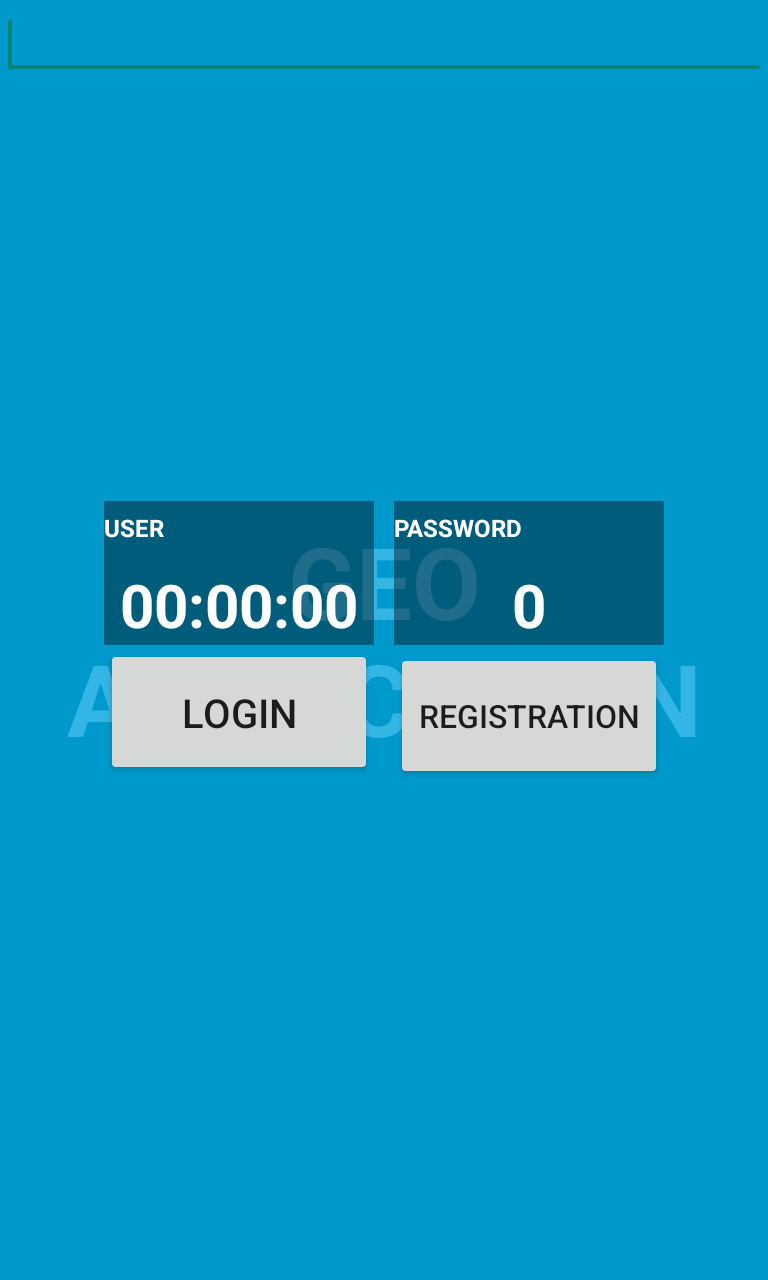
Repository: sebastianR1001/GeoApplication
Layout: GeoApplication/res/layout/login_fullscreen.xml
These files come from the project's save history. The layout is drawn as it stood at one moment and after the next save; the edit follows.
It is drawn on a 768 x 1280 px phone screen (xhdpi) without system bars, with theme AppTheme; the app's code is not run.

Above is the layout before, as saved 2014-10-25 18:50:19.

After the next save:
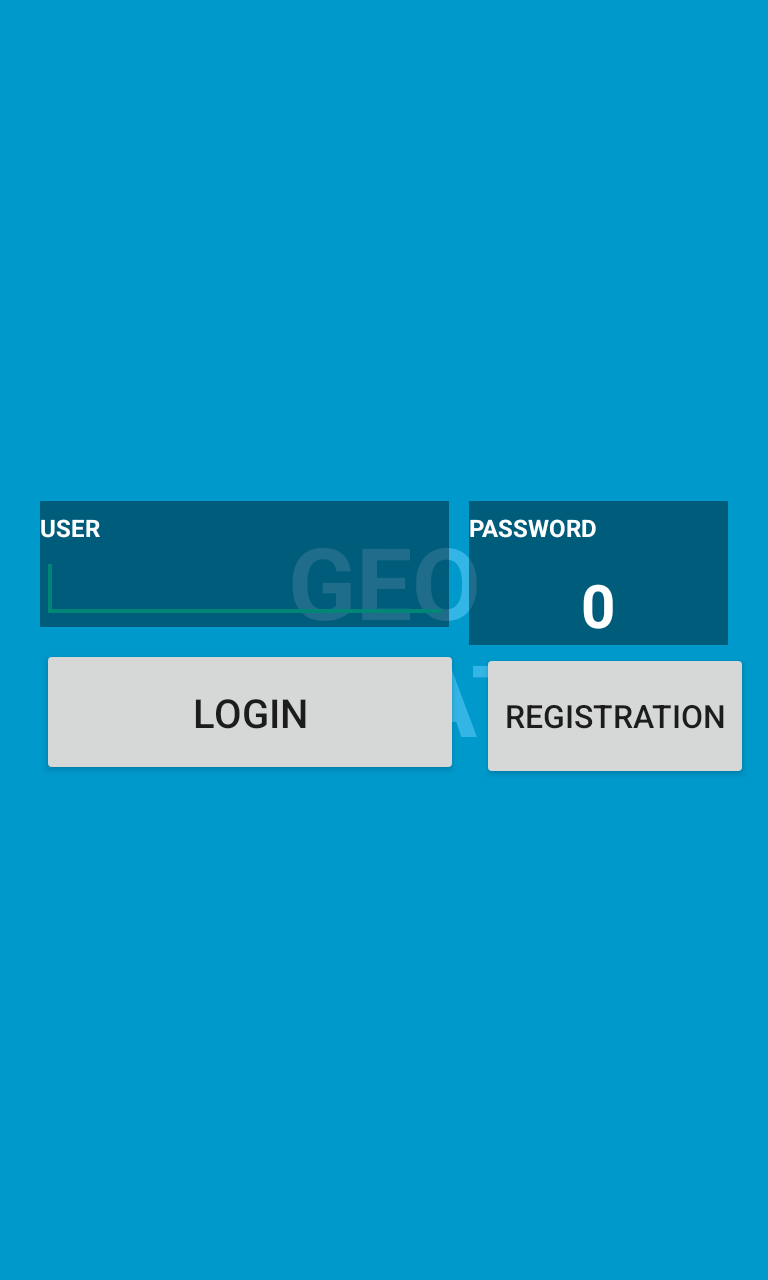
Saved 40 s later.
--- a/GeoApplication/res/layout/login_fullscreen.xml
+++ b/GeoApplication/res/layout/login_fullscreen.xml
@@ -51,16 +51,14 @@
 			        android:textSize="12sp"
 			        android:textStyle="bold" />
 
-			    <TextView
-			        android:layout_width="match_parent"
-			        android:layout_height="match_parent"
-			        android:text="@string/time"
-			        android:id="@+id/time"
-			        android:layout_marginTop="10dp"
-			        android:gravity="center"
-			        android:textColor="#ffffff"
-			        android:textSize="30sp"
-			        android:textStyle="bold" />
+			    <EditText
+			       android:id="@+id/editText1"
+			       android:layout_width="match_parent"
+			       android:layout_height="wrap_content"
+			       android:ems="10" >
+
+       <requestFocus />
+   </EditText>
 
 	        </LinearLayout>
 
@@ -129,13 +127,4 @@
          android:fitsSystemWindows.
     -->
 
-   <EditText
-       android:id="@+id/editText1"
-       android:layout_width="match_parent"
-       android:layout_height="wrap_content"
-       android:ems="10" >
-
-       <requestFocus />
-   </EditText>
-
 </FrameLayout>
